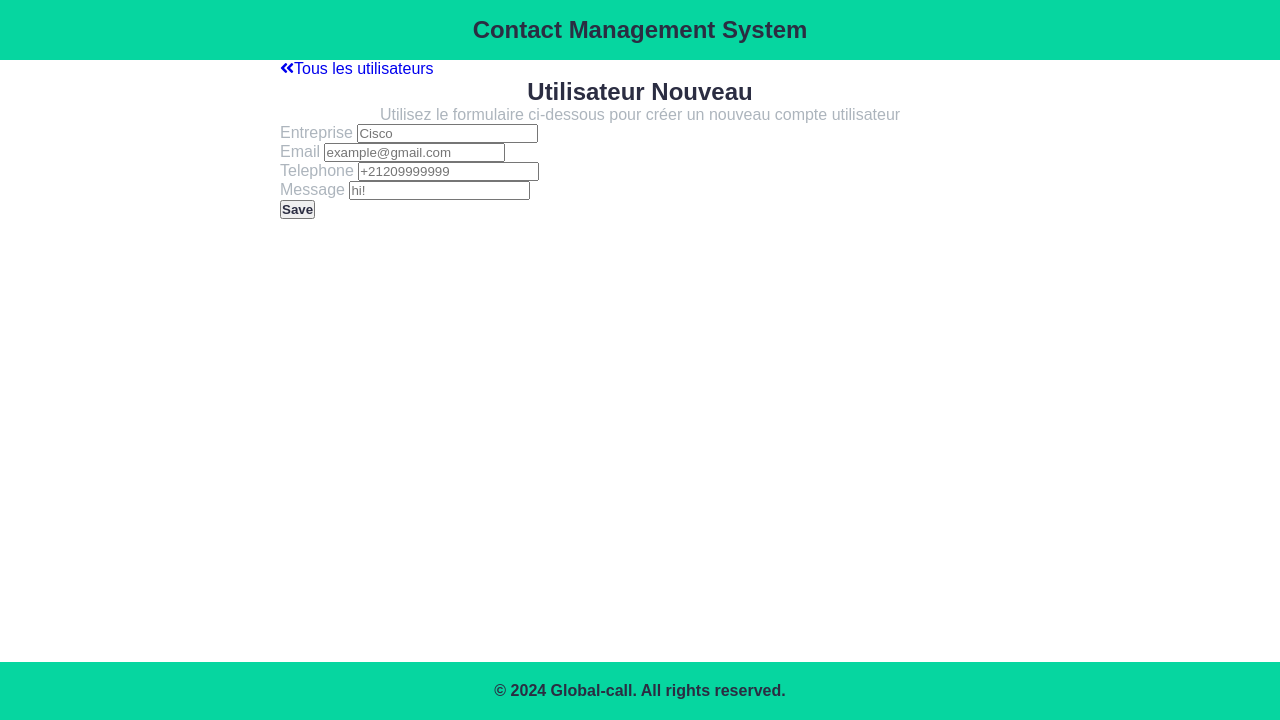
Repository: mohamed-makrani/Global_Development_Service_DBMS
Page: views/add_user.ejs
An editor plug-in stored every save of this project. The page is shown before and after a run of saves, followed by the edit.
The browser window is 1280 px wide. The pictures show the whole page.
Some web fonts or font styles are not loaded; a fallback is used. The page is served by the project's Node server (DBMS/server.js). The template is opened directly, without the code that normally fills it, so the values that code supplies are empty.

Above is the page before, as saved 2024-04-22 17:31:57.

After the next 2 saves:
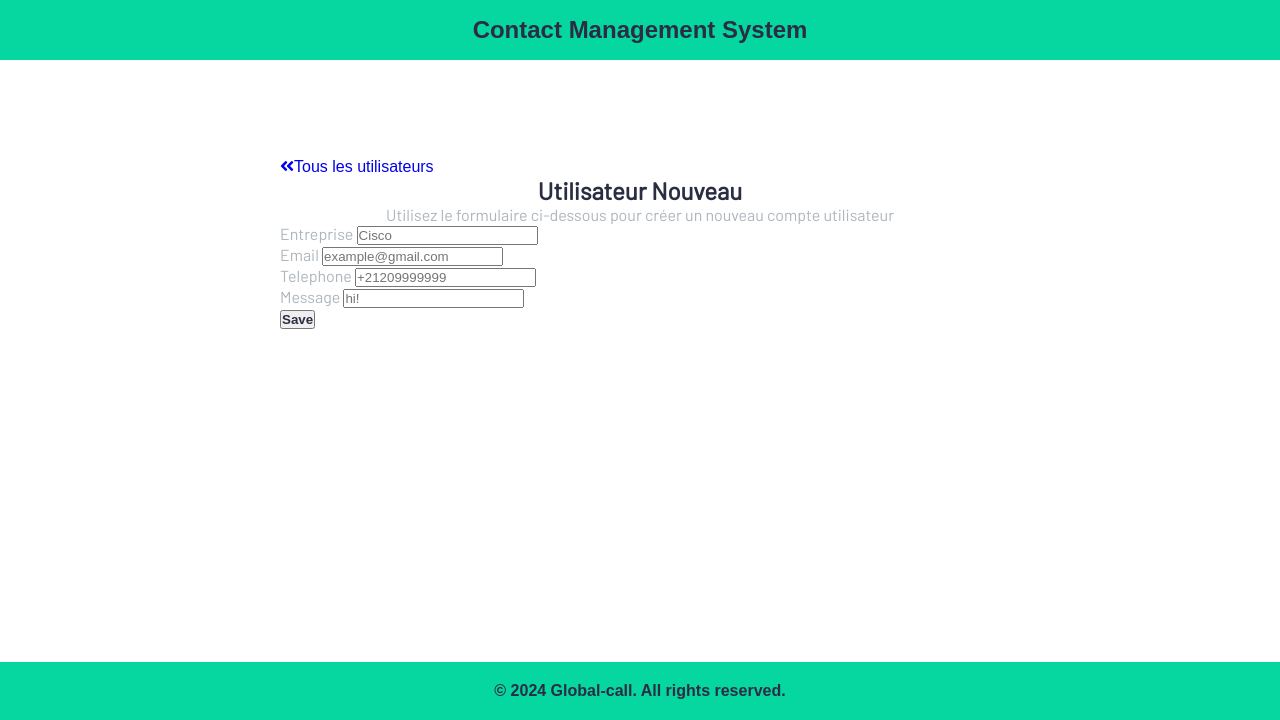
The 2 saves are shown as one change because they came seconds apart.
The last was saved 17 min 11 s later.
--- a/DBMS/assets/css/style.css
+++ b/DBMS/assets/css/style.css
@@ -70,3 +70,7 @@ a {
     padding: 1em 0;
     width: 100%;
 }
+#site-main{
+    margin-top: 6em;
+    font-family: 'Barlow', sans-serif;
+}
